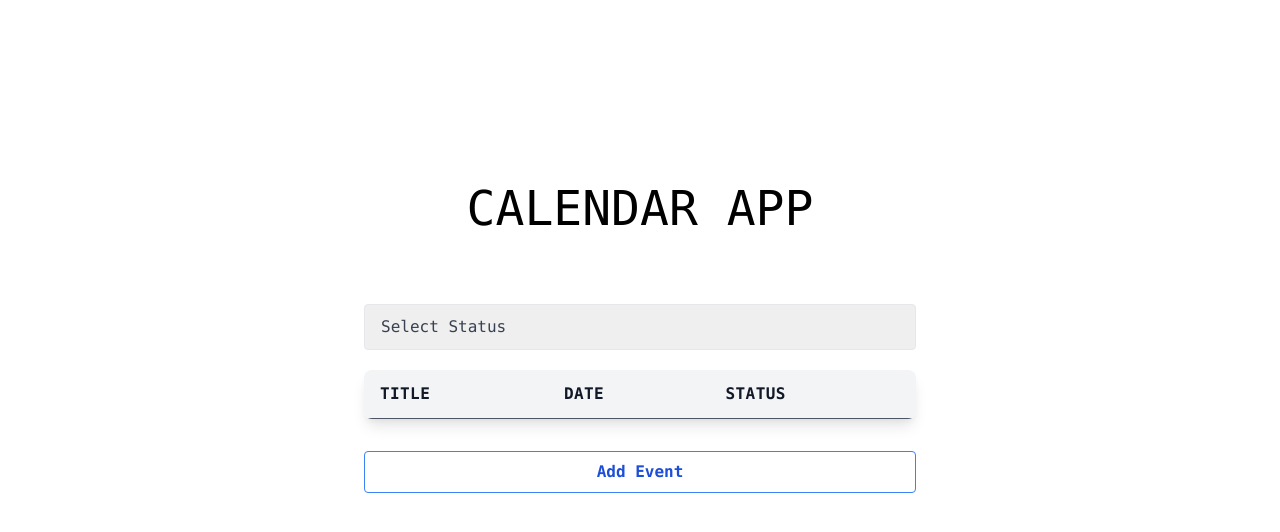
Repository: maikeru-desu/parking-lot
Page: / (app in parking-lot-fe/)
The author's editor kept a copy of each file at every save. The page is drawn from the files as they stood at one save, then again after the next save.
The browser window is 1280 px wide. The pictures show the whole page.
The page's requests for data from a server got no answer. The project was rebuilt for these pictures with package versions that can differ from the ones it lists, and the page was loaded fresh each time. No one was signed in, and anything a server would have sent is missing. Also part of the build but not shown: parking-lot-fe/craco.config.js, parking-lot-fe/src/pages/Add.js, parking-lot-fe/src/pages/Edit.js.

Above is the page before, as saved 2021-10-14 08:25:26.

### parking-lot-fe/src/index.js
import React from 'react';
import ReactDOM from 'react-dom';
import './index.css';
import App from './App';
import {Provider} from "react-redux";
import {BrowserRouter} from "react-router-dom";
import reportWebVitals from './reportWebVitals';
import store from './redux/store';

ReactDOM.render(
    <React.StrictMode>
        <BrowserRouter>
            <Provider store={store}>
                <App />
            </Provider>
        </BrowserRouter>
    </React.StrictMode>,
    document.getElementById('root')
);

// If you want to start measuring performance in your app, pass a function
// to log results (for example: reportWebVitals(console.log))
// or send to an analytics endpoint. Learn more: https://bit.ly/CRA-vitals
reportWebVitals();

### parking-lot-fe/src/App.js
import logo from './logo.svg';
import './App.css';
import {Switch, Route} from "react-router-dom";
import Home from './pages/Home';
import Add from './pages/Add';
import Edit from './pages/Edit';

function App() {
  return (
    <div className="App font-mono">
          <h1 class="mb-12 text-5xl">CALENDAR APP</h1>
        <Switch>
            <Route exact path="/" component={Home} />
            <Route exact path="/add" component={Add} />
            <Route exact path="/edit/:id" component={Edit} />
        </Switch>
    </div>
  );
}

export default App;

### parking-lot-fe/src/redux/store.js
import {createStore, applyMiddleware} from "redux";
import logger from "redux-logger";
import reduxThunk from "redux-thunk";
import rootReducer from "./root-reducer";

const middlewares = [reduxThunk];

if (process.env.NODE_ENV === "development") {
    middlewares.push(logger)
}

const store = createStore(rootReducer, applyMiddleware(...middlewares));

export default store;

### parking-lot-fe/src/pages/Home.js
import React, {useEffect} from 'react'
import {useDispatch, useSelector} from "react-redux";
import { deleteEvent, loadEvents } from '../redux/actions';
import { useHistory } from 'react-router-dom';

const Home = () => {
    let dispatch = useDispatch();
    let history = useHistory();
    const { events } = useSelector(state => state.events);

    const handleDelete = (id) => {
        if(window.confirm("Are you sure wanted to delete the event?")) {
            dispatch(deleteEvent(id));
        }
    }

    useEffect(() => {
        dispatch(loadEvents());
    }, [])

    return (
        <section class="container mx-auto p-6">
            <div class="grid grid-cols-4">
                <select
                    id="status"
                    name="status"
                    // value={status}
                    // onChange={handleChange}
                    className="mb-5 col-span-4 block appearance-none w-full border border-gray-200 text-gray-700 py-3 px-4 pr-8 rounded leading-tight focus:outline-none focus:bg-white focus:border-gray-500">
                    <option>Select Status</option>
                    <option value="0">Pending</option>
                    <option value="2">Ongoing</option>
                    <option value="1">Done</option>
                </select>
            </div>

            <div class="w-full mb-8 overflow-hidden rounded-lg shadow-lg">
                <div class="w-full overflow-x-hidden">
                <table class="w-full">
                    <thead>
                    <tr class="text-md font-semibold tracking-wide text-left text-gray-900 bg-gray-100 uppercase border-b border-gray-600">
                        <th class="px-4 py-3">Title</th>
                        <th class="px-4 py-3">Date</th>
                        <th class="px-4 py-3">Status</th>
                        {/* <th class="px-4 py-3">Action</th> */}
                    </tr>
                    </thead>
                    <tbody class="bg-white">
                        {events && events.map((event) => (
                            <tr onClick={() => history.push(`/edit/${event.id}`)} class="text-gray-700 hover:bg-gray-100" key={event.id}>
                                <td class="px-4 py-3 border">
                                    <div class="flex items-center text-sm">
                                        <div>
                                            <p class="font-semibold text-black">{event.title}</p>
                                        </div>
                                    </div>
                                </td>
                                <td class="px-4 py-3 text-ms font-semibold border">{event.date}</td>
                                <td class="px-4 py-3 text-xs border">
                                    {(() => {
                                        if (event.status == 0) {
                                            return <span class="px-2 py-1 font-semibold leading-tight text-yellow-700 bg-yellow-100 rounded-sm"> Pending </span>;
                                        } else if (event.status == 1) {
                                            return <span class="px-2 py-1 font-semibold leading-tight text-green-700 bg-green-100 rounded-sm"> Done </span>;
                                        } else {
                                            return <span class="px-2 py-1 font-semibold leading-tight text-blue-700 bg-blue-100 rounded-sm"> Ongoing </span>;
                                        }
                                    })()}
                                    {/* <span class="px-2 py-1 font-semibold leading-tight text-green-700 bg-green-100 rounded-sm"> Acceptable </span> */}
                                </td>
                                {/* <td class="px-4 py-3 text-sm border">
                                    <button onClick={() => history.push(`/edit/${event.id}`)} className="bg-transparent hover:bg-blue-500 text-blue-700 font-semibold hover:text-white py-2 px-4 border border-blue-500 hover:border-transparent rounded">
                                        EDIT
                                    </button>
                                    <button onClick={() => handleDelete(event.id)} className="bg-transparent hover:bg-red-500 text-red-700 font-semibold hover:text-white py-2 px-4 border border-red-500 hover:border-transparent rounded">
                                        DELETE
                                    </button>
                                </td> */}
                            </tr>
                        ))}
                    </tbody>
                </table>
                </div>
            </div>

            <button onClick={() => history.push("/add")} className="mb-5 col-start-3 col-span-4 bg-transparent hover:bg-blue-500 text-blue-700 font-semibold hover:text-white py-2 px-4 border border-blue-500 hover:border-transparent rounded">
                Add Event
            </button>

        </section>
    )
}

export default Home

### parking-lot-fe/src/redux/root-reducer.js
import {combineReducers} from "redux";
import eventsReducers from "./reducer";

const rootReducer = combineReducers({
    events: eventsReducers
});

export default rootReducer;

### parking-lot-fe/src/redux/actions.js
import * as types from "./actionType";
import axios from "axios";

const getEvents = (events) => ({
    type: types.GET_EVENTS,
    payload: events
});

const eventDeleted = () => ({
    type: types.DELETE_EVENT
});

const eventAdded = () => ({
    type: types.ADD_EVENT
});

const eventFetched = (event) => ({
    type: types.GET_EVENT,
    payload: event,
});

const eventUpdated = () => ({
    type: types.UPDATE_EVENT
});

export const loadEvents = () => {
    return function (dispatch) {
        axios.get(`${process.env.REACT_APP_API}?_sort=date&_order=desc`).then((resp) => {
            // console.log("resp", resp);
            dispatch(getEvents(resp.data));
        })
        .catch((error) => console.log(error));
    };
};

export const deleteEvent = (id) => {
    return function (dispatch) {
        axios.delete(`${process.env.REACT_APP_API}/${id}`).then((resp) => {
            console.log("resp", resp);
            dispatch(eventDeleted());
            dispatch(loadEvents());
        })
        .catch((error) => console.log(error));
    };
};

export const addEvent = (user) => {
    return function (dispatch) {
        axios.post(`${process.env.REACT_APP_API}`, user).then((resp) => {
            console.log("resp", resp);
            dispatch(eventAdded());
            dispatch(loadEvents());
        })
        .catch((error) => console.log(error));
    };
};

export const getEvent = (id) => {
    return function (dispatch) {
        axios.get(`${process.env.REACT_APP_API}/${id}`).then((resp) => {
            console.log("resp", resp);
            dispatch(eventFetched(resp.data));
        })
        .catch((error) => console.log(error));
    };
};

export const updateEvent = (user, id) => {
    return function (dispatch) {
        axios.put(`${process.env.REACT_APP_API}/${id}`, user).then((resp) => {
            console.log("resp", resp);
            dispatch(eventUpdated());
        })
            .catch((error) => console.log(error));
    };
};

### parking-lot-fe/src/form.css
html, body {
  height: 100%
}

body {
  display: flex;
  justify-content: center;
  align-items: center;
}

form {
  padding: 20px;
  border: 1px solid #ccc;
  border-radius: 5px;
  width: 100%;
}

button {
  width: 100%
}

#root {
    width: 100%;
    max-width: 600px;
}

tr {
    cursor: pointer;
}

### parking-lot-fe/src/redux/reducer.js
import * as types from "./actionType";

const initialState = {
    events: [],
    event: {},
    loading: true
}

const eventsReducers = (state = initialState, action) => {
    switch (action.type) {
        case types.GET_EVENTS:
            return {
                ...state,
                events: action.payload,
                loading: false,
            };
        case types.DELETE_EVENT:
        case types.ADD_EVENT:
        case types.UPDATE_EVENT:
            return {
                ...state,
                loading: false,
            }
        case types.GET_EVENT:
            return {
                ...state,
                event: action.payload,
                loading: false,
            };
        default:
            return state;
    }
}

export default eventsReducers;

### parking-lot-fe/src/redux/actionType.js
export const GET_EVENTS = "GET_EVENTS";
export const DELETE_EVENT = "DELETE_EVENT";
export const ADD_EVENT = "ADD_EVENT";
export const GET_EVENT = "GET_EVENT";
export const UPDATE_EVENT = "UPDATE_EVENT";

Loaded but not shown: parking-lot-fe/src/index.css (common file); parking-lot-fe/src/reportWebVitals.js (common file); parking-lot-fe/src/App.css (common file); parking-lot-fe/tailwind.config.js (common file)

After the next save:
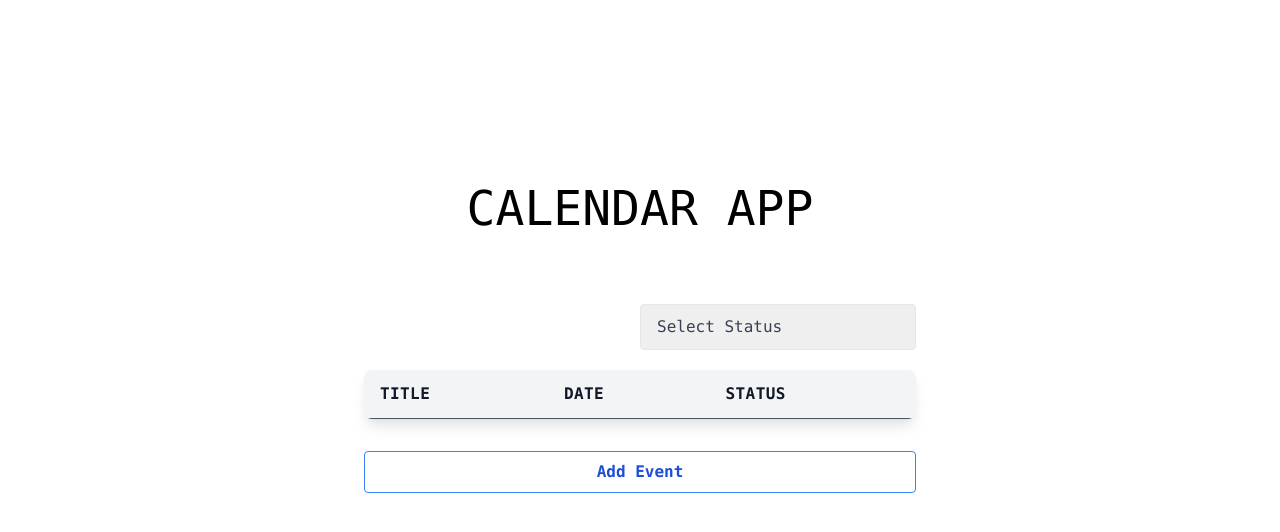
Saved 10 s later.
--- a/parking-lot-fe/src/pages/Home.js
+++ b/parking-lot-fe/src/pages/Home.js
@@ -26,7 +26,7 @@ const Home = () => {
                     name="status"
                     // value={status}
                     // onChange={handleChange}
-                    className="mb-5 col-span-4 block appearance-none w-full border border-gray-200 text-gray-700 py-3 px-4 pr-8 rounded leading-tight focus:outline-none focus:bg-white focus:border-gray-500">
+                    className="mb-5 col-start-3 col-span-4 block appearance-none w-full border border-gray-200 text-gray-700 py-3 px-4 pr-8 rounded leading-tight focus:outline-none focus:bg-white focus:border-gray-500">
                     <option>Select Status</option>
                     <option value="0">Pending</option>
                     <option value="2">Ongoing</option>
